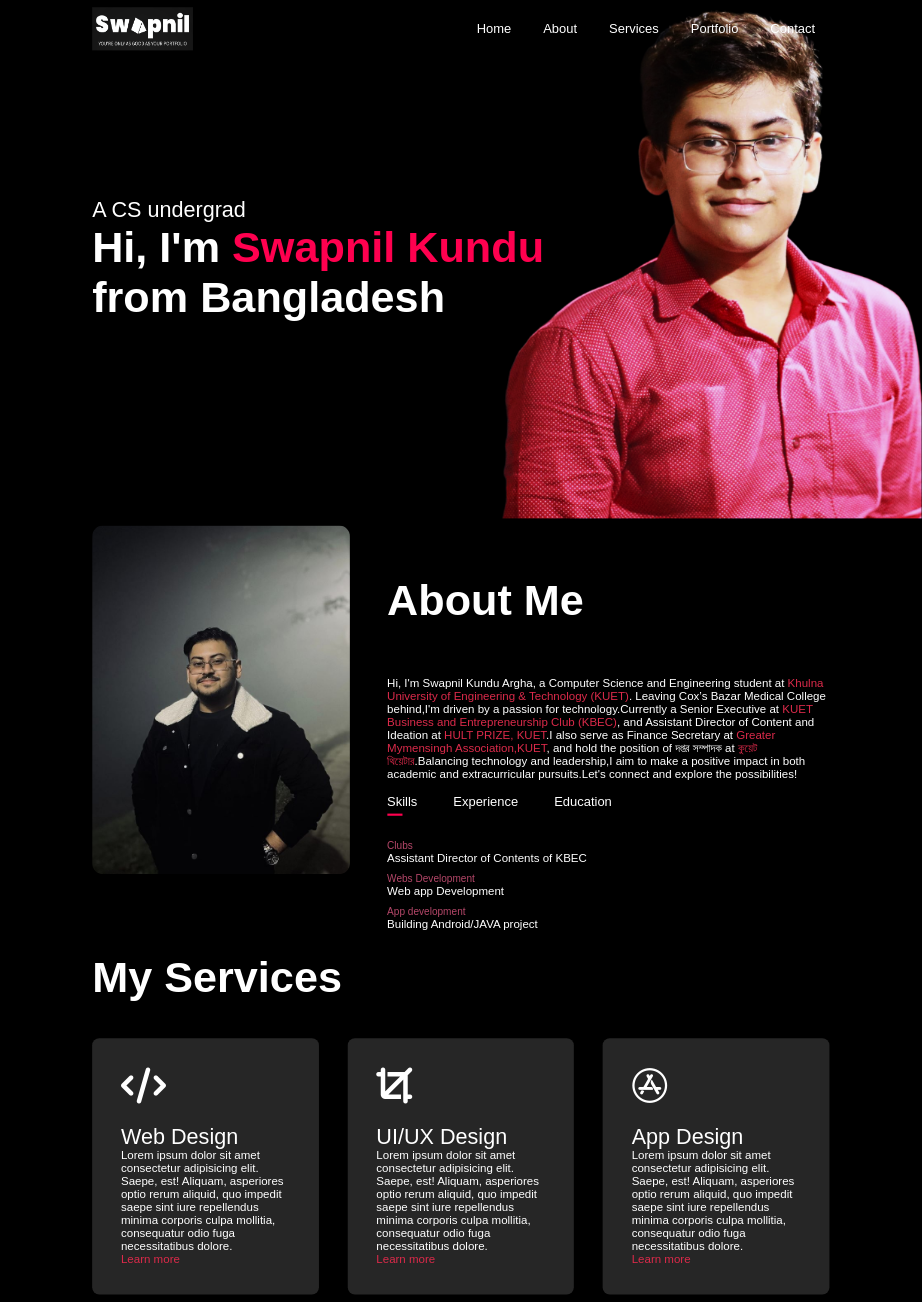
Repository: SwapnilKundu/portfolio
Page: index.html
An editor plug-in stored every save of this project. The page is shown before and after the next save, followed by the edit.
The browser window is 1280 px wide. The pictures show the whole page, at 72% of full size.
Some web libraries are served in a nearby version.

Above is the page before, as saved 2024-01-20 10:20:22.

### index.html
<!DOCTYPE html>
<html lang="en">
<head>
    <meta charset="UTF-8">
    <meta name="viewport" content="width=device-width, initial-scale=1.0">
    <title>Personal Portfolio Website</title>
    <link rel="stylesheet" href="style.css">
    <script src="https://kit.fontawesome.com/74456a4746.js" crossorigin="anonymous"></script>
</head>
<body>
  <div id="header">
    <div class="container">
        <nav>
            <img src="images/logo1.png" class="logo" width="40" height="60">
            <ul>
                <li><a href ="#">Home</a></li>
                <li><a href ="#">About</a></li>
                <li><a href ="#">Services</a></li>
                <li><a href ="#">Portfolio</a></li>
                <li><a href ="#">Contact</a></li>
            </ul>
        </nav>
        <div class="header-text">
            <p>A CS undergrad </p>
            <h1>Hi, I'm <span>Swapnil Kundu</span> <br> from Bangladesh</h1>
        </div>
    </div>
  </div>
  <div id="about">
    <div class="container">
        <div class="row">
            <div class="about-col-1">
                <img src="images/Aboutme4.jpg" alt="Profile Image">
            </div>
            <div class="about-col-2">
                <h1 class="sub-title"><br>About Me</h1>
                <p>
                    <br><br><br><br>Hi, I'm Swapnil Kundu Argha, a Computer Science and Engineering student at <a href="http://www.kuet.ac.bd/" target="_blank">Khulna University of Engineering & Technology (KUET)</a>. Leaving Cox’s Bazar Medical College behind,I'm driven by a passion for technology.Currently a Senior Executive at <a href="https://www.facebook.com/KBEC.official">KUET Business and Entrepreneurship Club (KBEC)</a>, and Assistant Director of Content and Ideation at <a href="https://scontent.fjsr8-1.fna.fbcdn.net/v/t39.30808-6/414475463_878653704262850_605489790676270348_n.jpg?_nc_cat=106&ccb=1-7&_nc_sid=dd5e9f&_nc_eui2=AeG7qaCzWQGluZMTMKWtrD6ipcnI0dawWuilycjR1rBa6PLkHzdtJERiOyrmRQaxy3TT_q5vz9qIQ5m4l8xfiGP6&_nc_ohc=qg8Pu4EAUVYAX9avaA_&_nc_ht=scontent.fjsr8-1.fna&oh=00_AfBZ6Lqa5248mqS64WxhR3KxGRhN1UCrqkgUgA0V5dsZlw&oe=65AF45DF">HULT PRIZE, KUET</a>.I also serve as Finance Secretary at <a href="#link-to-GMA">Greater Mymensingh Association,KUET</a>, and hold the position of দপ্তর সম্পাদক at <a href="#link-to-theater">কুয়েট থিয়েটার</a>.Balancing technology and leadership,I aim to make a positive impact in both academic and extracurricular pursuits.Let's connect and explore the possibilities!
                </p>

                <div class="tab-titles">
                    <p class="tab-links active" onclick="opentab('skills')">Skills</p>
                    <p class="tab-links" onclick="opentab('experience')">Experience</p>
                    <p class="tab-links"onclick="opentab('education')">Education</p>
            </div>
            <div class="tab-contents active-tab"id ="skills">
                <ul>
                    <li><span>Clubs</span><br>Assistant Director of Contents of KBEC</li>
                    <li><span>Webs Development</span><br>Web app Development</li>
                    <li><span>App development</span><br>Building Android/JAVA project</li>
                </ul>
            </div>
            <div class="tab-contents" id ="experience">
                <ul>
                    <li><span>2022-Current</span><br>An Active member of KBEC</li>
                    <li><span>2023-Semester 2.2</span><br>App Development by JAVA</li>
                    <li><span>2024-Semester 3.1</span><br>Web Development by HTML,CSS,JAVA</li>
                    <li><span>2022-Current</span><br>An Active member of KBEC</li>

                </ul>
            </div>

            <div class="tab-contents" id ="education">
                <ul>
                    <li><span>2018</span><br>SSC from Mymensingh Zilla School,Mymensingh</li>
                        <li><span>2020</span><br>HSC from Ananda Mohan College,Mymensingh</li>
                        <li><span>From March,2022</span><br>Currently studying BSc in CSE department</li>
                </ul>
            </div>
        </div>
    </div>
  </div>

  <div id="Services">
    <div class ="container">
    <h1 class="sub-title">My Services</h1>
    <div class ="services-list">

        <div>
            <i class="fa-solid fa-code"></i>
            <h2>
                Web Design
            </h2>
            <p>Lorem ipsum dolor sit amet consectetur adipisicing elit. Saepe, est! Aliquam, asperiores optio rerum aliquid, quo impedit saepe sint iure repellendus minima corporis culpa mollitia, consequatur odio fuga necessitatibus dolore.

            </p>
            <a href="#">Learn more</a>
        </div>
        <div>
            <i class="fa-solid fa-crop"></i>
            <h2>
                UI/UX Design
            </h2>
            <p>Lorem ipsum dolor sit amet consectetur adipisicing elit. Saepe, est! Aliquam, asperiores optio rerum aliquid, quo impedit saepe sint iure repellendus minima corporis culpa mollitia, consequatur odio fuga necessitatibus dolore.

            </p>
            <a href="#">Learn more</a>
        </div>
        <div>
            <i class="fa-brands fa-app-store"></i>
            <h2>

                App Design
            </h2>
            <p>Lorem ipsum dolor sit amet consectetur adipisicing elit. Saepe, est! Aliquam, asperiores optio rerum aliquid, quo impedit saepe sint iure repellendus minima corporis culpa mollitia, consequatur odio fuga necessitatibus dolore.

            </p>
            <a href="#">Learn more</a>
        </div>
        </div>
    </div>
  </div>
  <script>
    var tablinks = document.querySelectorAll(".tab-links");
    var tabcontents = document.querySelectorAll(".tab-contents");

    function opentab(tabname) {
        for (tablink of tablinks) {
            tablink.classList.remove("active-link");
        }

        for (tabcontent of tabcontents) {
            tabcontent.classList.remove("active-tab");
        }

        var activeTab = document.getElementById(tabname);
        activeTab.classList.add("active-tab");

        var activeLink = document.querySelector(`.tab-links[data-tab="${tabname}"]`);
        activeLink.classList.add("active-link");
    }
</script>

</body>
</html>

### style.css
*
{
    margin: 0;
    padding: 0;
    font-family: 'Poppins',sans-serif;
    box-sizing: border-box;
}

body
{
    background: #000;
    color: #fff;
}
#header
{
    width: 100%;
    height: 100vh;
    background-image: url(images/ccc2.png);
    background-size: cover;
    background-position: left;
    background-repeat: no-repeat;
    overflow: hidden;
}
.container
{
padding: 10px 10%;
}
nav{
    display: flex;
    align-items: center;
    justify-content: space-between;
    flex-wrap: wrap;
}
.logo{
    width: 140px;
}

nav ul li{
    display:inline-block;
    list-style: none;
    margin: 10px 20px;

}
nav ul li a{
    color: #fff;
    text-decoration:none ;
    font-size: 18px;
    position: relative;
}

nav ul li a::after
{
    content: '';
    width:0;
    height:3px;
    background:#ff004f;
    position: absolute;
    left: 0;
    bottom: -6px;
    transition: 0.5s;

}
nav ul li a:hover::after
{
    width:100%;
}
.header-text{
    margin-top: 20%;
    font-size: 30px;
}
.header-text h1
{
    font-size:60px;
}
.header-text h1 span
{
    color:#ff004f;
}

#about a {
    color: #db2a4a;
    text-decoration: none;
}

#about a:hover {
    color: #ababab;
}
.row
{
    display: flex;
    justify-content: space-between;
    flex-wrap: wrap;
}

.about-col-1{
    flex-basis:35%;
}
.about-col-1 img
{
    width: 100%;
    border-radius: 15px;
}

.about-col-2
{
    flex-basis: 60%;
}

.sub-title
{
    font-size:60px;
    font-weight:600;
    color:#fff;
}

.tab-titles {
    display: flex;
    margin: 20px 0 40px;
}

.tab-links {
    margin-right: 50px;
    font-size: 18px;
    font-weight: 500;
    cursor: pointer;
    position: relative;
    color: #fff;
    text-decoration: none;
    transition: color 0.5s;
}

.tab-links::after {
    content: '';
    width: 0;
    height: 3px;
    background: #ff004f;
    position: absolute;
    left: 0;
    bottom: -8px;
    transition: 0.5s;
}

.tab-links:hover {
    color: #ff004f; /* Change the color on hover */
}

.tab-links.active::after {
    width: 50%;
}
.tab-contents ul li
{
    list-style:none;
    margin:10px 0;
}
.tab-contents ul li span
{
    color:#b54769;
    font-size: 14px;
}
.tab-contents
{
    display: none;
}
.tab-contents.active-tab
{
    display: block;
}




#services-list
{

    padding :30px 0;
}
.services-list
{
    display:grid;
    grid-template-columns: repeat(auto-fit,minmax(250px, 1fr));
    grid-gap:40px;
    margin-top: 50px;
}
.services-list div{
    background:#262626;
    padding: 40px;
    font: size 13px;
    font-weight: 300;
    border-radius:10px;
}
.services-list div i
{
    font-size: 50px;
    margin-bottom: 30px;
}
.services-list div h2
{
    font-size:  30px;
    font-weight: 500;
    margin-bottom:

}

After the next save:
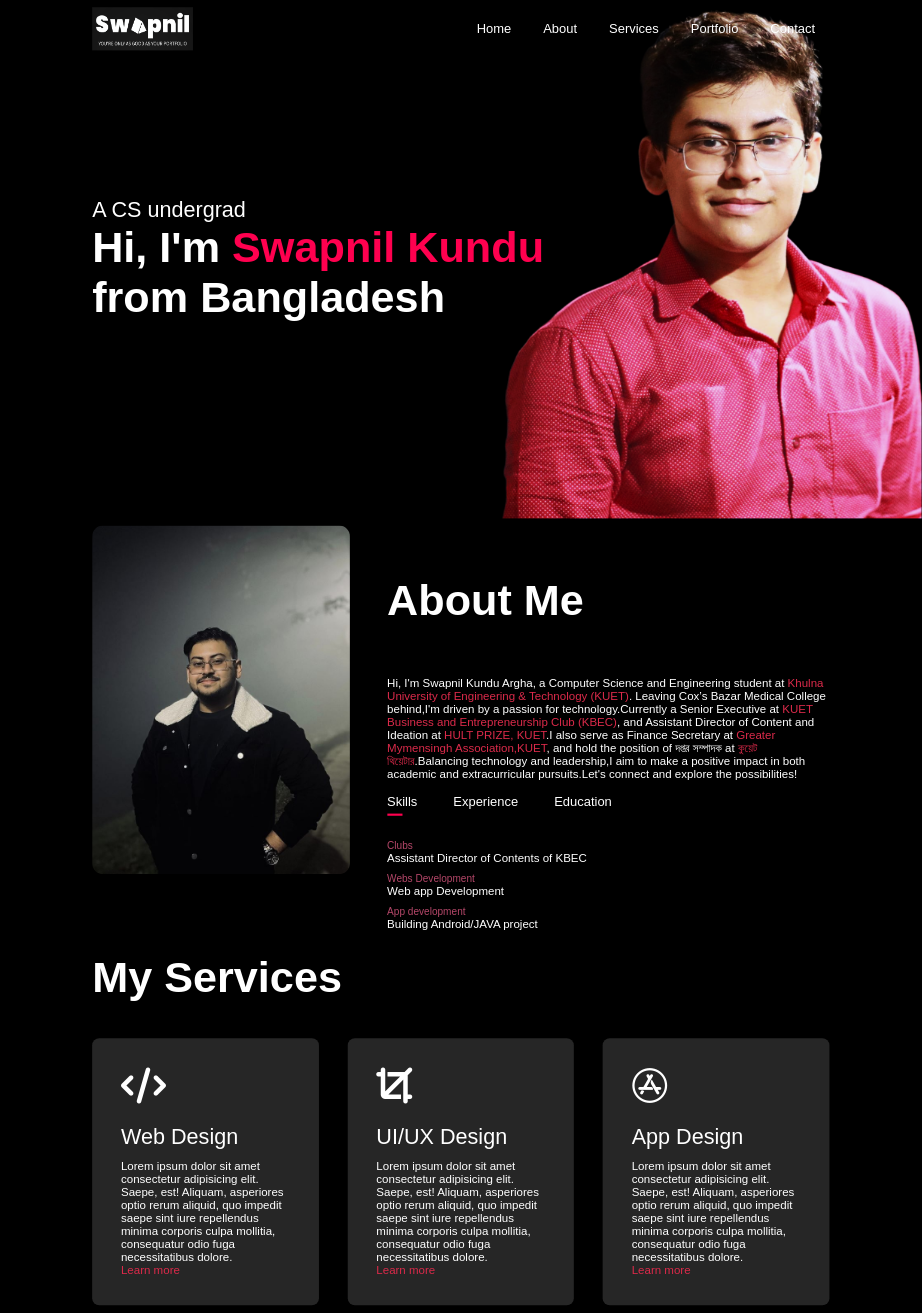
Saved 9 s later.
--- a/style.css
+++ b/style.css
@@ -197,6 +197,6 @@ nav ul li a:hover::after
 {
     font-size:  30px;
     font-weight: 500;
-    margin-bottom:
-
-}
+    margin-bottom:15px;
+
+}
